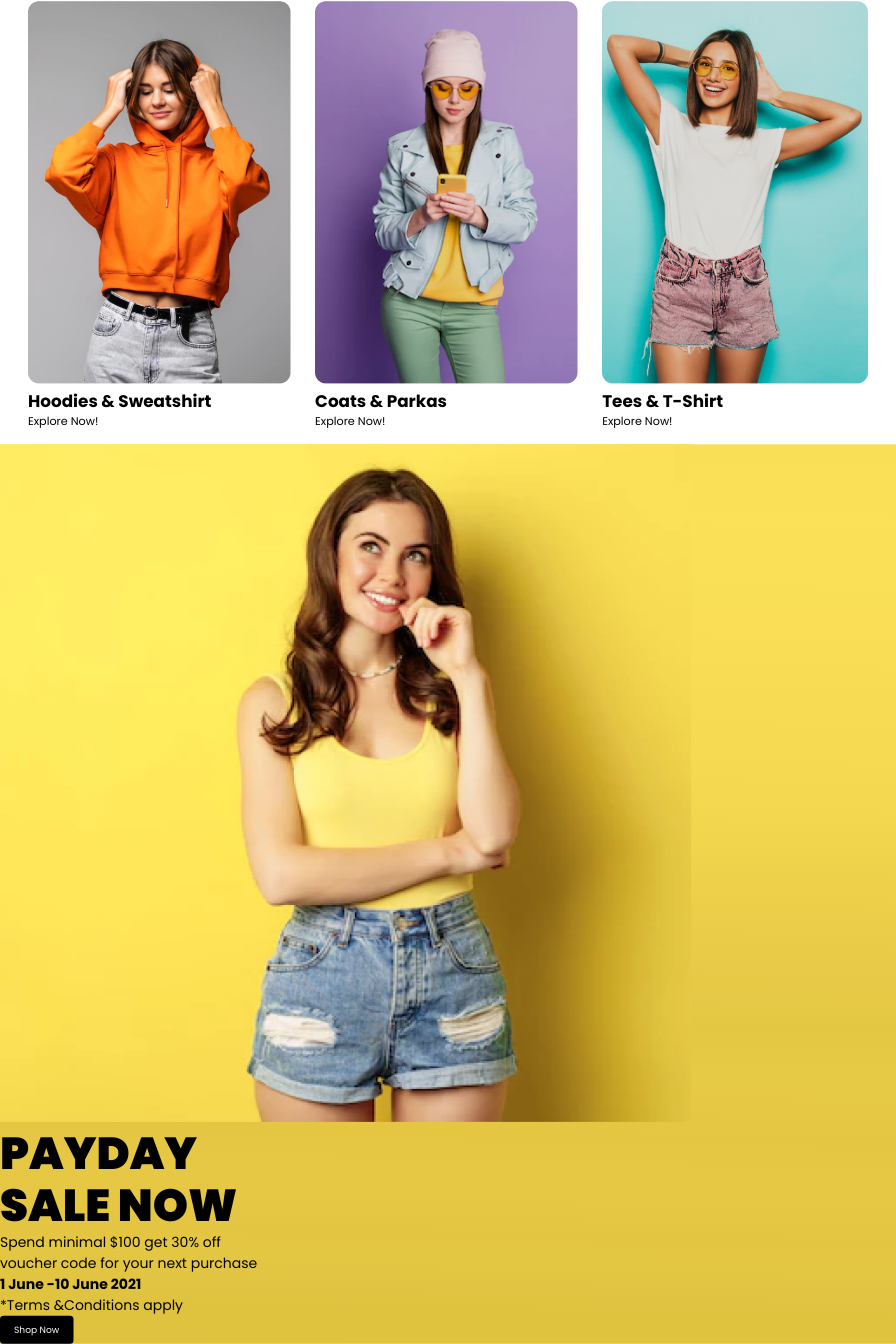
Repository: isaacCodes1/FashionSite
Page: index.html
An editor plug-in stored every save of this project. The page is shown before and after a run of saves, followed by the edit.
The browser window is 1280 px wide. The pictures show the part of the page from y = 1004 to 2924 px (the page is 2924 px tall before and 2536 px after), at 70% of full size.

Above is the page before, as saved 2024-03-12 13:34:51.

### index.html
<!DOCTYPE html>
<html lang="en">
  <head>
    <meta charset="UTF-8" />
    <meta name="viewport" content="width=device-width, initial-scale=1.0" />
    <title>Shopping Site Assignment</title>
    <link rel="stylesheet" href="style.css" />
  </head>
  <body>
    <header>
      <nav>
        <div class="image">
          <a href="#"><img src="/Assets/Vector.png" />FASHION</a>
        </div>
        <div class="navItems">
          <ul>
            <li><a href="#">CATALOGUE</a></li>
            <li><a href="#">FASHION</a></li>
            <li><a href="#">FAVORITE</a></li>
            <li><a href="#">LIFESTYLE</a></li>
          </ul>
          <button>SIGN UP</button>
        </div>
      </nav>
    </header>
    <main>
      <section class="firstPageCont">
        <div class="FirstPage">
          <div class="txtCont">
            <h1>
              <span class="spn1">LET'S <br /></span>EXPLORE <br />
              <span class="spn2">UNIQUE <br /></span>CLOTHES.
            </h1>
            <p>Live for Influential and Innovative fashion!</p>
            <div class="txtBtn">
              <img src="/Assets/Vector 9.png" alt="" />
              <button class="btns">Shop Now</button>
            </div>
          </div>
          <div class="imgCont">
            <img src="/Assets/girl.png" alt="" />
          </div>
        </div>
      </section>
      <section class="firstPageFooter">
        <div class="logoCont">
          <img src="/Assets/HM.png" alt="" />
          <img src="/Assets/Obey.png" alt="" />
          <img src="/Assets/Shopify.png" alt="" />
          <img src="/Assets/Lacoste.png" alt="" />
          <img src="/Assets/Levis.png" alt="" />
          <img src="/Assets/Amazon.png" alt="" />
        </div>
      </section>
      <section class="nextPageCont">
        <div class="nextPageText">
          <h1>NEW ARRIVALS</h1>
          <img src="/Assets/Vector 9.png" alt="">
        </div>
        <div class="prettyImages">
          <div class="Images">
            <div class="prettyImg">
              <img src="/Assets/image1.png" alt="">
            </div>
            <div class="prettyText">
              <div class="txtIcon">
                <h1>Hoodies & Sweatshirt</h1>
                <p>Explore Now!</p>
              </div>
              <div class="icons"></div>
            </div>
          </div>
          <div class="Images">
            <div class="prettyImg">
              <img src="/Assets/image2.png" alt="">
            </div>
            <div class="prettyText">
              <div class="txtIcon">
                <h1>Coats & Parkas</h1>
                <p>Explore Now!</p>
              </div>
              <div class="icons"></div>
            </div>
          </div>
          <div class="Images">
            <div class="prettyImg">
              <img src="/Assets/image3.png" alt="">
            </div>
            <div class="prettyText">
              <div class="txtIcon">
                <h1>Tees & T-Shirt</h1>
                <p>Explore Now!</p>
              </div>
              <div class="icons"></div>
            </div>
          </div>
        </div>
      </section>
      <section class="payDay">
        <div class="genDiv">
          <div class="yellowImg">
            <img src="/Assets/image 12.png" alt="">
          </div>
          <div class="yellowTxt">
            <h1><span class="spn3">PAYDAY</span><br>SALE NOW</h1>
            <p>Spend minimal $100 get 30% off  <br>voucher code for your next purchase</p>
            <p><strong>1 June -10 June 2021</strong></p>
            <p>*Terms &Conditions apply</p>
            <button class="btns">Shop Now</button>
          </div>
        </div>
      </section>
    </main>
  </body>
</html>

### style.css
@import url("https://fonts.googleapis.com/css2?family=Poppins:ital,wght@0,100;0,200;0,300;0,400;0,500;0,600;0,700;0,800;0,900;1,100;1,200;1,300;1,400;1,500;1,600;1,700;1,800;1,900&display=swap");
* {
  margin: 0;
  padding: 0;
  box-sizing: border-box;
  font-family: "Poppins", sans-serif;
}
nav {
  display: flex;
  align-items: center;
  justify-content: space-between;
  width: 100%;
  padding: 20px 40px;
}
.image a {
  display: flex;
  align-items: center;
  gap: 6px;
  text-decoration: none;
  color: #000;
  font-size: 16px;
  font-weight: 900;
}
.image a img {
  width: 16%;
}
.navItems {
  display: flex;
  gap: 30px;
  align-items: center;
}
.navItems ul {
  display: flex;
  gap: 30px;
  list-style: none;
}
.navItems ul li a {
  text-decoration: none;
  color: #000;
  font-size: 16px;
  font-weight: 500;
}
.navItems ul li:hover {
  transform: scale(1.05);
  transition: 1s ease-in-out;
}
.navItems button {
  border: 0;
  background: #000;
  padding: 10px 20px;
  color: #fff;
  border-radius: 5px;
  font-size: 13px;
}
.navItems button:hover {
  transform: scale(1.05);
  transition: 1s ease-in-out;
  color: #000;
  background: rgb(137, 136, 136);
}
/* firstPageCtn */
.firstPageCont {
  padding: 20px 40px;
}
.FirstPage {
  display: flex;
  flex: 1;
  width: 100%;
  height: 90vh;
  padding: 40px 10px 0px 10px;
  border-radius: 30px;
  background: #f4f6f5;
}
.txtCont {
  display: flex;
  flex: 0.5;
  flex-direction: column;
  gap: 10px;
  padding-left: 40px;
}

.txtCont h1 {
  font-size: 64px;
  font-weight: 900;
  width: 50%;
  line-height: 75px;
}

.txtCont p {
  font-size: 20px;
}
.txtBtn {
  display: flex;
  align-items: center;
  width: 80%;
  margin-top: 10px;
  gap: 10px;
}
.btns {
  border: 0;
  background: #000;
  padding: 10px 20px;
  color: #fff;
  border-radius: 5px;
  font-size: 13px;
}
.btns:hover {
  transform: scale(1.05);
  transition: 1s ease-in-out;
  color: #000;
  background: rgb(137, 136, 136);
}
.txtBtn img {
  width: 100px;
}
.imgCont {
  flex: 0.5;
  display: flex;
}
.spn1 {
  display: flex;
  align-items: center;
  background-image: url(/Assets/rectangle1.png);
  background-size: cover;
  background-repeat: no-repeat;
  width: 100%;
}
.spn2 {
  background-image: url(/Assets/Rectangle2.png);
  background-size: cover;
  background-repeat: no-repeat;
  padding-right: 50px;
}
/* next Page */
.firstPageFooter {
  background: #ebd96b;
  padding: 20px 30px;
  display: flex;
  align-items: center;
  justify-content: center;
}
.logoCont {
  display: flex;
  justify-content: center;
  gap: 50px;
}
.logoCont img {
  width: 7%;
}
.nextPageCont {
  margin-top: 20px;
  padding: 20px 40px;
  display: flex;
  flex-direction: column;
  gap: 50px;
}
.nextPageText {
  position: relative;
}
.nextPageText h1 {
  font-size: 38px;
  letter-spacing: 1px;
  font-weight: 900;
}
.nextPageText img {
  position: absolute;
  bottom: 5px;
  left: 160px;
  width: 10%;
  z-index: -1;
}
.prettyImages {
  display: flex;
  gap: 35px;
}
.Images {
  display: flex;
  flex-direction: column;
}
.prettyImg img {
  width: 100%;
}
.payDay {
  background: linear-gradient(
    1.32deg,
    #e0c340 0.13%,
    #dfc23e 3.97%,
    #e1c441 7.2%,
    #e3c743 10.13%,
    #e4c542 12.98%,
    #e6c744 15.99%,
    #e7c845 19.52%,
    #e5c643 23.96%,
    #e6c945 30.43%,
    #e3c743 36.49%,
    #e9ca48 42.49%,
    #edce49 49.35%,
    #f0d44c 55.42%,
    #f4d84f 61.43%,
    #f6da52 65.74%,
    #f7db53 72.23%,
    #f9dd55 77.43%,
    #f9df56 83.84%,
    #fae157 91.52%,
    #f9df56 97.87%
  );
}
.yellowTxt{
  /* display: flex; */
   flex: 0.5;
  flex-direction: column;
  /* gap: 10px; */
  /* padding-left: 40px; */
}
.yellowTxt h1{
  font-size: 64px;
  font-weight: 900;
  width: 50%;
  line-height: 75px;
}
.yellowTxt p{
  font-size: 20px;
}
.yellow img{
  flex: 0.5;
  display: flex;
  width: 600px;
}
/gen

After the next 2 saves:
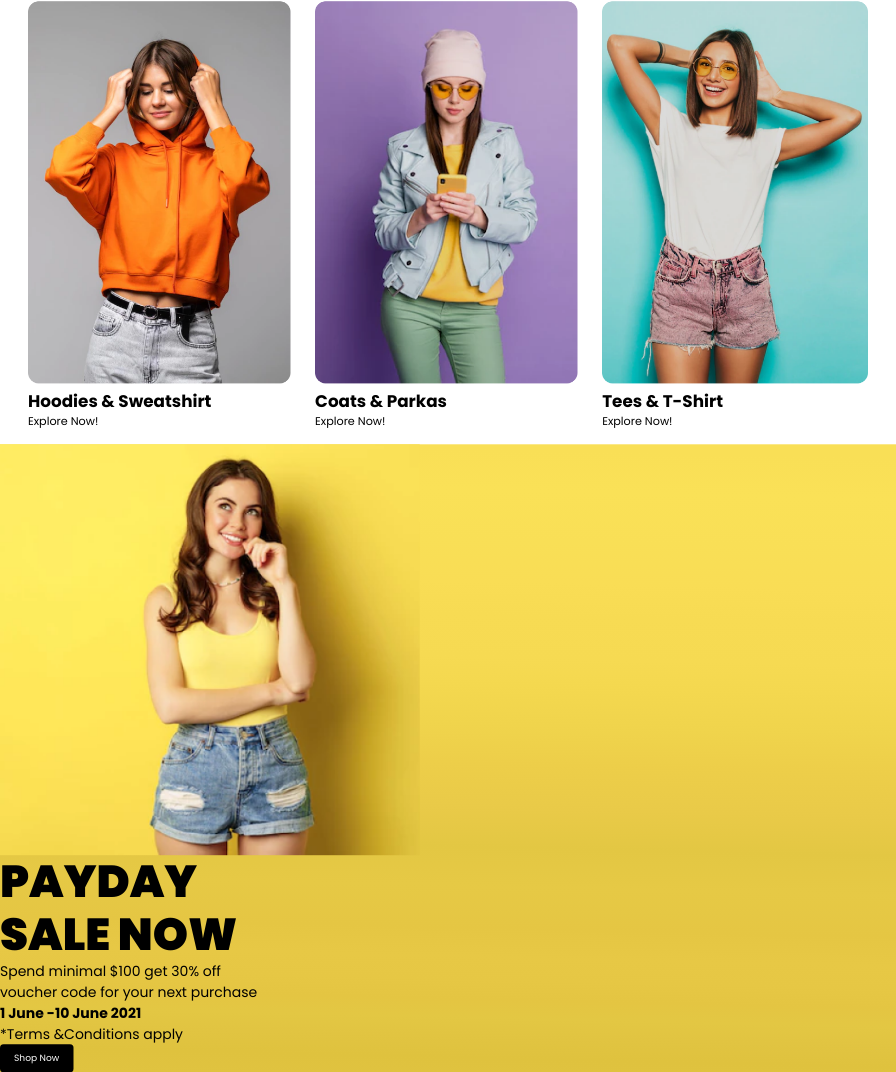
The 2 saves are shown as one change because they came seconds apart.
The last was saved 22 s later.
--- a/style.css
+++ b/style.css
@@ -221,7 +221,7 @@
 .yellowTxt p{
   font-size: 20px;
 }
-.yellow img{
+.yellowImg img{
   flex: 0.5;
   display: flex;
   width: 600px;
